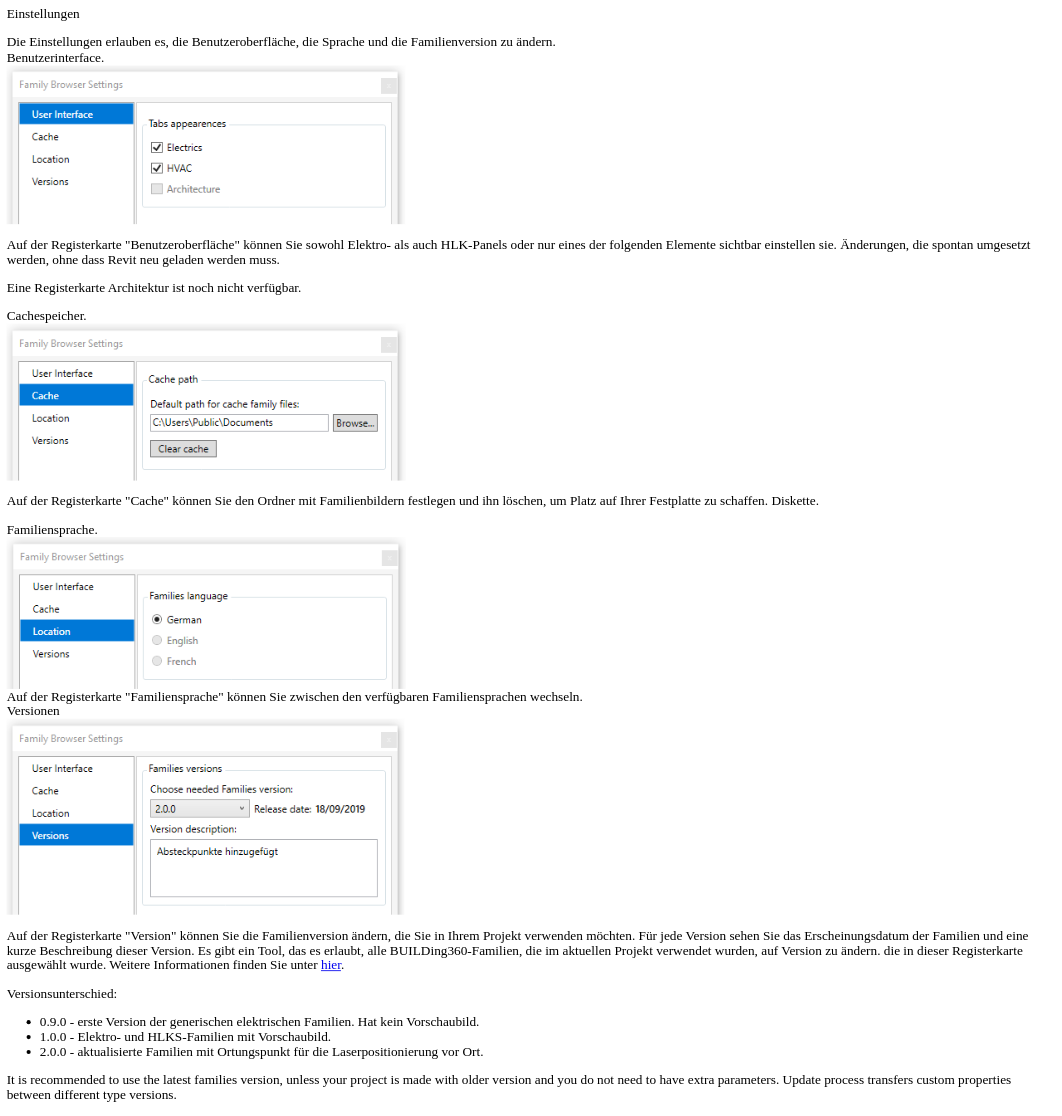
Repository: RomanLavrov/FamilyBrowserUserGuide
Page: http://localhost/FamilyBrowser/application/views/de/settings_view.php
An editor plug-in stored every save of this project. The page is shown before and after a run of saves, followed by the edit.
The browser window is 1280 px wide. The pictures show the whole page, at 83% of full size.
The page is run by PHP 8.4 with error messages shown; the project is at /var/www/html/.

Above is the page before, as saved 2019-10-24 16:13:53.

### FamilyBrowser/application/views/de/settings_view.php
<div class="article-header">Einstellungen</div>
<div class="article-content" style="margin-bottom:-15px;">
      <p>
            Die Einstellungen erlauben es, die Benutzeroberfläche, die Sprache und die Familienversion zu ändern.
      </p>
</div>

<div class="article-header">Benutzerinterface.</div>
<div class="article-content">
      <div class="row">
            <div class="col-md-5" style="min-width:480px">
                  <img style="margin-left:0" class="illustration" src="/FamilyBrowser/images/Tab_Settings_en.png"
                        alt="" />
            </div>

            <div class="col-md-5">
                  <p>Auf der Registerkarte "Benutzeroberfläche" können Sie sowohl Elektro- als auch HLK-Panels oder nur
                        eines der folgenden Elemente sichtbar einstellen
                        sie.
                        Änderungen, die spontan umgesetzt werden, ohne dass Revit neu geladen werden muss. </p>
                  <p>Eine Registerkarte Architektur ist noch nicht verfügbar.</p>
            </div>
      </div>
</div>

<div class="article-header">Cachespeicher.</div>
<div class="article-content">
      <div class="row">
            <div class="col-md-5" style="min-width:480px">
                  <img style="margin-left:0" class="illustration" src="/FamilyBrowser/images/Tab_Cache_en.png" alt="" />
            </div>
            <div class="col-md-5">
                  <p>
                        Auf der Registerkarte "Cache" können Sie den Ordner mit Familienbildern festlegen und ihn
                        löschen, um Platz auf Ihrer Festplatte zu schaffen.
                        Diskette.
                  </p>
            </div>
      </div>
</div>

<div class="article-header">Familiensprache.</div>
<div class="article-content">
      <div class="row">
            <div class="col-md-5" style="min-width:480px">
                  <img style="margin-left:0" class="illustration" src="/FamilyBrowser/images/Tab_Language_en.png"
                        alt="" />
            </div>
            <div class="col-md-5">
                  Auf der Registerkarte "Familiensprache" können Sie zwischen den verfügbaren Familiensprachen wechseln.
            </div>
      </div>
</div>

<div class="article-header">Versionen</div>
<div class="article-content">
      <div class="row">
            <div class="col-md-5" style="min-width:480px">
                  <img style="margin-left:0" class="illustration" src="/FamilyBrowser/images/Tab_Version_en.png"
                        alt="" />
            </div>
            <div class="col-md-5">
                  <p>
            Auf der Registerkarte "Version" können Sie die Familienversion ändern, die Sie in Ihrem Projekt verwenden möchten.
                  Für jede Version sehen Sie das Erscheinungsdatum der Familien und eine kurze Beschreibung dieser Version.
                  Es gibt ein Tool, das es erlaubt, alle BUILDing360-Familien, die im aktuellen Projekt verwendet wurden, auf Version zu ändern.
                  die in dieser Registerkarte ausgewählt wurde. Weitere Informationen finden Sie unter <a href="/FamilyBrowser/en/Update">hier</a>.</p>
                  <p>
                        Versionsunterschied:
                  </p>
                  <ul>
                        <li>0.9.0 - erste Version der generischen elektrischen Familien. Hat kein Vorschaubild.</li>
                        <li>1.0.0 - Elektro- und HLKS-Familien mit Vorschaubild.</li>
                        <li>2.0.0 - aktualisierte Familien mit Ortungspunkt für die Laserpositionierung vor Ort.</li>
                  </ul>
                  <p>
                        It is recommended to use the latest families version, unless your project is made with older
                        version and you do not need to have extra parameters. Update process transfers custom properties
                        between different type versions.
                  </p>
            </div>
      </div>
</div>

After the next 2 saves:
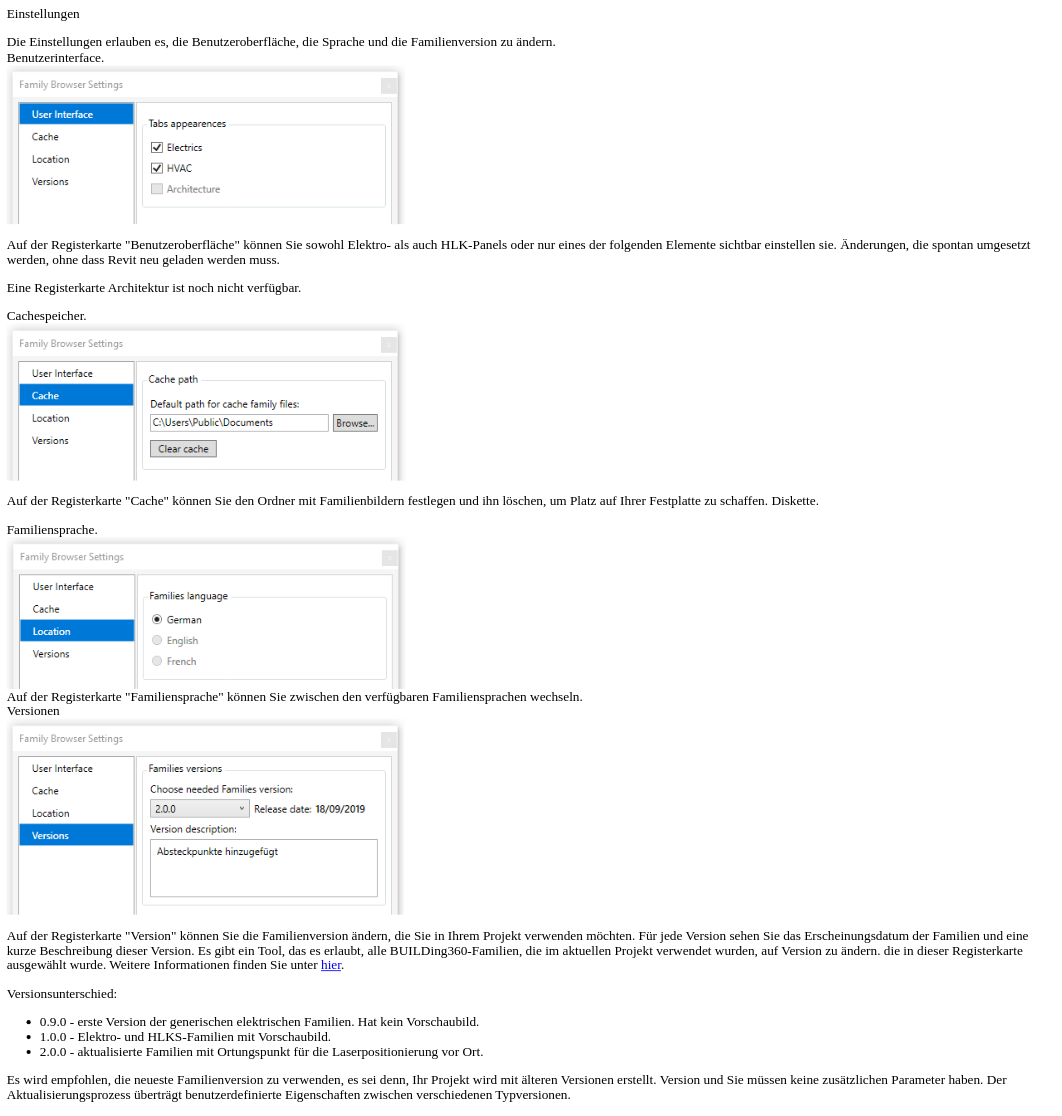
The 2 saves are shown as one change because they came seconds apart.
The last was saved 13 s later.
--- a/FamilyBrowser/application/views/de/settings_view.php
+++ b/FamilyBrowser/application/views/de/settings_view.php
@@ -61,10 +61,14 @@
             </div>
             <div class="col-md-5">
                   <p>
-            Auf der Registerkarte "Version" können Sie die Familienversion ändern, die Sie in Ihrem Projekt verwenden möchten.
-                  Für jede Version sehen Sie das Erscheinungsdatum der Familien und eine kurze Beschreibung dieser Version.
-                  Es gibt ein Tool, das es erlaubt, alle BUILDing360-Familien, die im aktuellen Projekt verwendet wurden, auf Version zu ändern.
-                  die in dieser Registerkarte ausgewählt wurde. Weitere Informationen finden Sie unter <a href="/FamilyBrowser/en/Update">hier</a>.</p>
+                        Auf der Registerkarte "Version" können Sie die Familienversion ändern, die Sie in Ihrem Projekt
+                        verwenden möchten.
+                        Für jede Version sehen Sie das Erscheinungsdatum der Familien und eine kurze Beschreibung dieser
+                        Version.
+                        Es gibt ein Tool, das es erlaubt, alle BUILDing360-Familien, die im aktuellen Projekt verwendet
+                        wurden, auf Version zu ändern.
+                        die in dieser Registerkarte ausgewählt wurde. Weitere Informationen finden Sie unter <a
+                              href="/FamilyBrowser/en/Update">hier</a>.</p>
                   <p>
                         Versionsunterschied:
                   </p>
@@ -74,9 +78,11 @@
                         <li>2.0.0 - aktualisierte Familien mit Ortungspunkt für die Laserpositionierung vor Ort.</li>
                   </ul>
                   <p>
-                        It is recommended to use the latest families version, unless your project is made with older
-                        version and you do not need to have extra parameters. Update process transfers custom properties
-                        between different type versions.
+                        Es wird empfohlen, die neueste Familienversion zu verwenden, es sei denn, Ihr Projekt wird mit
+                        älteren Versionen erstellt.
+                        Version und Sie müssen keine zusätzlichen Parameter haben. Der Aktualisierungsprozess überträgt
+                        benutzerdefinierte Eigenschaften
+                        zwischen verschiedenen Typversionen.
                   </p>
             </div>
       </div>
